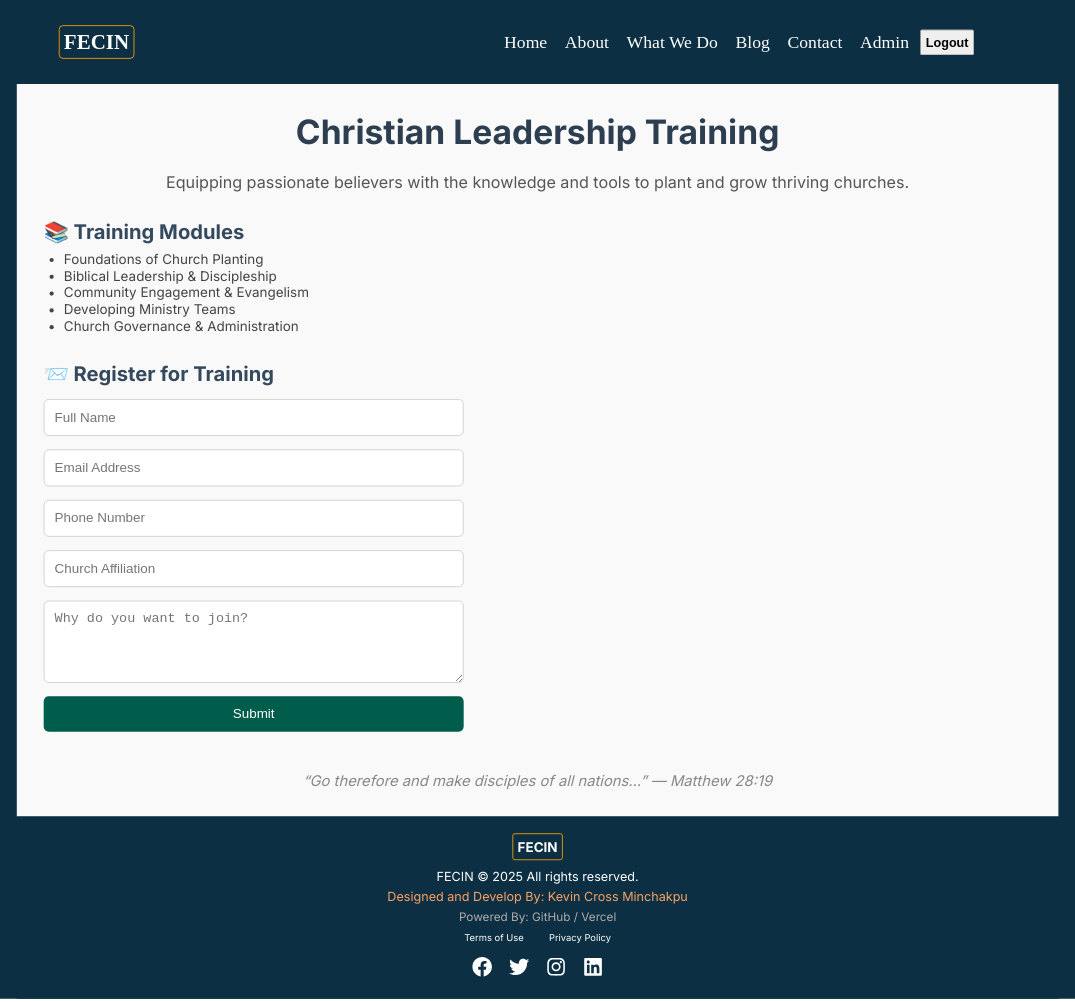
Repository: KCMinchakpu/fecin-projectgs497
Page: /leadership-development
An editor plug-in stored every save of this project. The page is shown before and after the next save, followed by the edit.
The browser window is 1280 px wide. The pictures show the whole page, at 84% of full size.
The project was rebuilt for these pictures with package versions that can differ from the ones it lists, and the page was loaded fresh each time. The framework's server and built-in components were replaced by stand-ins that run in the browser. Also part of the build but not shown: next.config.mjs.

Above is the page before, as saved 2025-04-07 18:55:11.

After the next save:
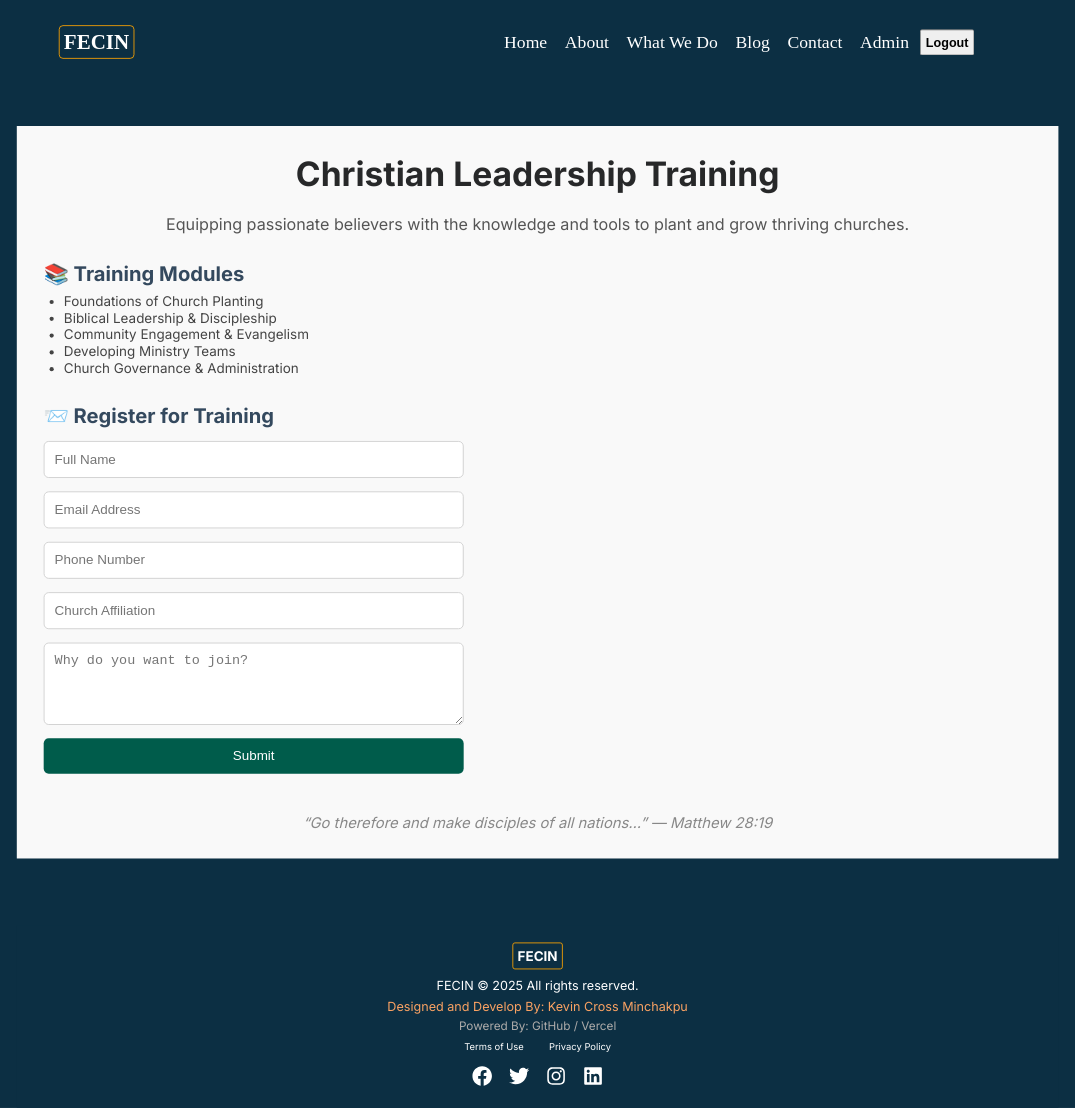
Saved 3 min 57 s later.
--- a/src/app/leadership-development/Leadership.module.css
+++ b/src/app/leadership-development/Leadership.module.css
@@ -1,13 +1,15 @@
 .container {
     padding: 2rem;
     background-color: #f9f9f9;
+    margin-top: 50px;
+    margin-bottom: 80px;
   }
 
   .heading {
     font-size: 2.5rem;
     text-align: center;
     margin-bottom: 1.5rem;
-    color: #2c3e50;
+    color: #272829;
   }
 
   .intro {
